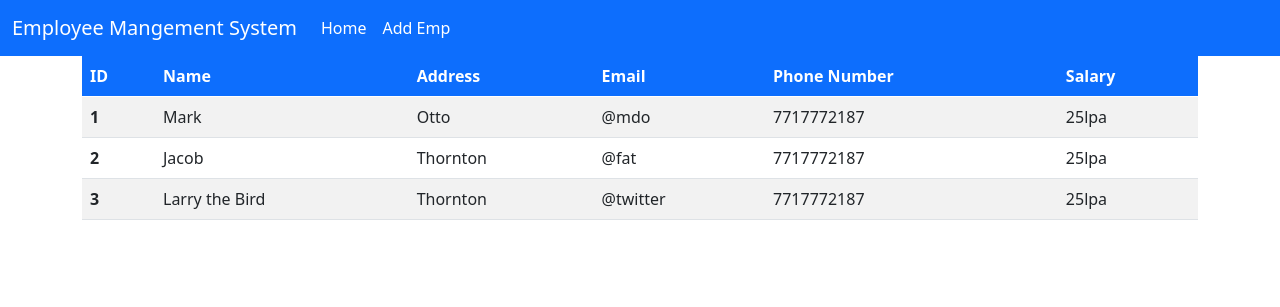
Repository: mahto-sonu/EmployeeManagementSystem
Page: http://localhost/index
The author's editor kept a copy of each file at every save. The page is drawn from the files as they stood at one save, then again after the next save.
The browser window is 1280 px wide. The pictures show the whole page.
The page is this project's Thymeleaf template; nobody is signed in. The template is opened directly, without the code that normally fills it, so the values that code supplies are empty.

Above is the page before, as saved 2023-12-05 11:56:14.

### Employee-Management-System/src/main/resources/templates/index.html
<!doctype html>
<html lang="en">

<head>
	<!-- Required meta tags -->
	<meta charset="utf-8">
	<meta name="viewport" content="width=device-width, initial-scale=1">

	<!-- Bootstrap CSS -->
	<link href="https://cdn.jsdelivr.net/npm/bootstrap@5.0.2/dist/css/bootstrap.min.css" rel="stylesheet"
		integrity="sha384-EVSTQN3/azprG1Anm3QDgpJLIm9Nao0Yz1ztcQTwFspd3yD65VohhpuuCOmLASjC" crossorigin="anonymous">

	<title>Home Page</title>
</head>

<body>

	<nav class="navbar navbar-expand-lg navbar-dark bg-primary">
  <div class="container-fluid">
    <a class="navbar-brand" href="#">Employee Mangement System</a>
    <button class="navbar-toggler" type="button" data-bs-toggle="collapse" data-bs-target="#navbarSupportedContent" aria-controls="navbarSupportedContent" aria-expanded="false" aria-label="Toggle navigation">
      <span class="navbar-toggler-icon"></span>
    </button>
    <div class="collapse navbar-collapse" id="navbarSupportedContent">
      <ul class="navbar-nav me-auto mb-2 mb-lg-0">
        <li class="nav-item">
          <a class="nav-link active" aria-current="page" href="#">Home</a>
        </li>
        <li class="nav-item">
          <a class="nav-link active" href="#">Add Emp</a>
        </li>
      </ul>
    </div>
  </div>
</nav>

<!--table -->

<div class="container">
	<table class="table table-striped">
  <thead class="bg-primary text-white">
    <tr>
      <th scope="col">ID</th>
      <th scope="col">Name</th>
      <th scope="col">Address</th>
      <th scope="col">Email</th>
      <th scope="col">Phone Number</th>
      <th scope="col">Salary</th>
    </tr>
  </thead>
  <tbody>
    <tr>
      <th scope="row">1</th>
      <td>Mark</td>
      <td>Otto</td>
      <td>@mdo</td>
      <td>7717772187</td>
      <td>25lpa</td>
    </tr>
    <tr>
      <th scope="row">2</th>
      <td>Jacob</td>
      <td>Thornton</td>
      <td>@fat</td>
      <td>7717772187</td>
      <td>25lpa</td>
    </tr>
    <tr>
      <th scope="row">3</th>
      <td>Larry the Bird</td>
      <td>Thornton</td>
      <td>@twitter</td>
      <td>7717772187</td>
      <td>25lpa</td>
    </tr>
  </tbody>
</table>
</div>






	<script src="https://cdn.jsdelivr.net/npm/@popperjs/core@2.9.2/dist/umd/popper.min.js"
		integrity="sha384-IQsoLXl5PILFhosVNubq5LC7Qb9DXgDA9i+tQ8Zj3iwWAwPtgFTxbJ8NT4GN1R8p"
		crossorigin="anonymous"></script>
	<script src="https://cdn.jsdelivr.net/npm/bootstrap@5.0.2/dist/js/bootstrap.min.js"
		integrity="sha384-cVKIPhGWiC2Al4u+LWgxfKTRIcfu0JTxR+EQDz/bgldoEyl4H0zUF0QKbrJ0EcQF"
		crossorigin="anonymous"></script>
</body>

</html>

After the next save:
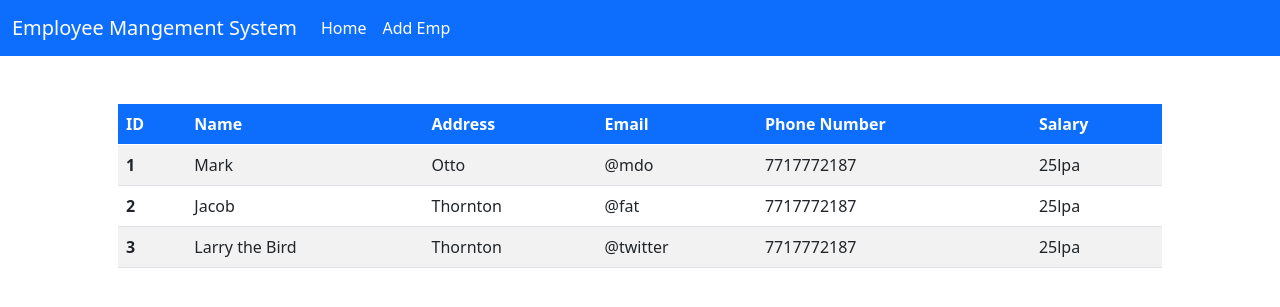
Saved 79 s later.
--- a/Employee-Management-System/src/main/resources/templates/index.html
+++ b/Employee-Management-System/src/main/resources/templates/index.html
@@ -36,7 +36,7 @@
 
 <!--table -->
 
-<div class="container">
+<div class="container p-5">
 	<table class="table table-striped">
   <thead class="bg-primary text-white">
     <tr>
